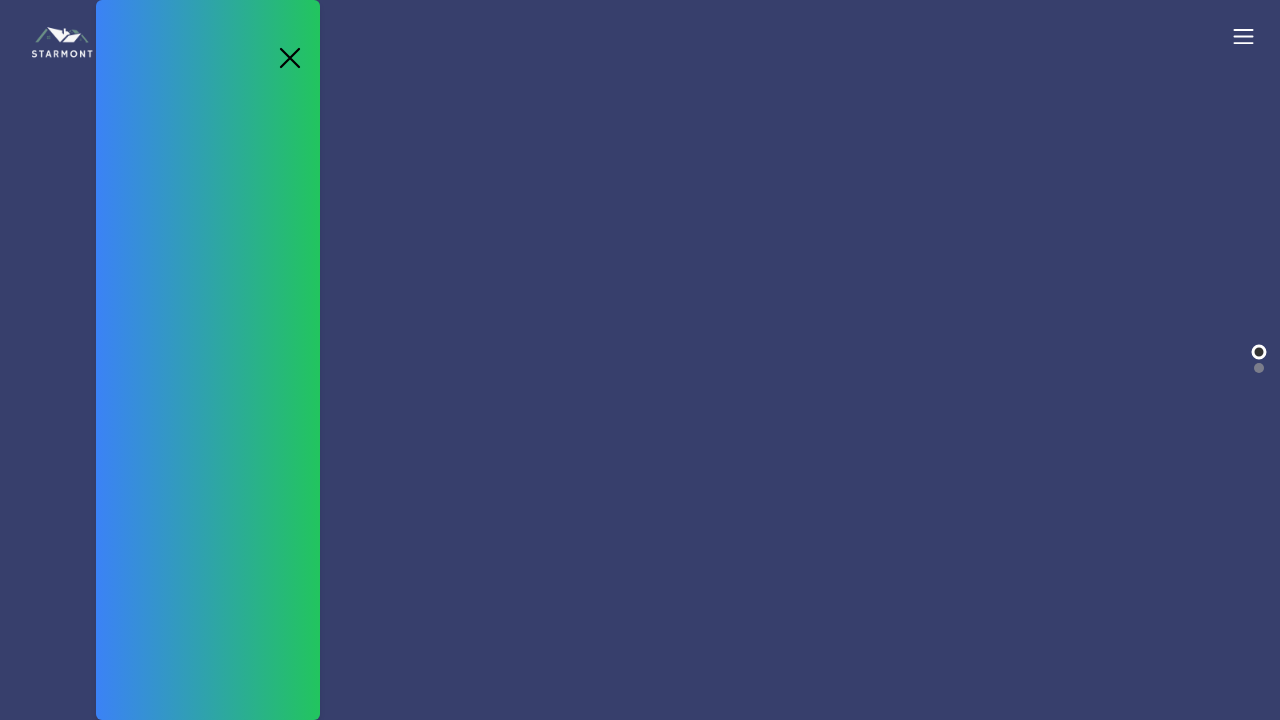
Repository: Mikolaj982/Starmont-website
Page: /, after clicking the first element matching `svg.h-\[25px\]`
An editor plug-in stored every save of this project. The page is shown before and after the next save, followed by the edit.
The browser window is 1280 px wide. The pictures show the whole page.
The project was rebuilt for these pictures with package versions that can differ from the ones it lists, and the page was loaded fresh each time. The framework's server and built-in components were replaced by stand-ins that run in the browser. Also part of the build but not shown: next.config.js.

Above is the page before, as saved 2024-01-08 10:54:15.

After the next save:
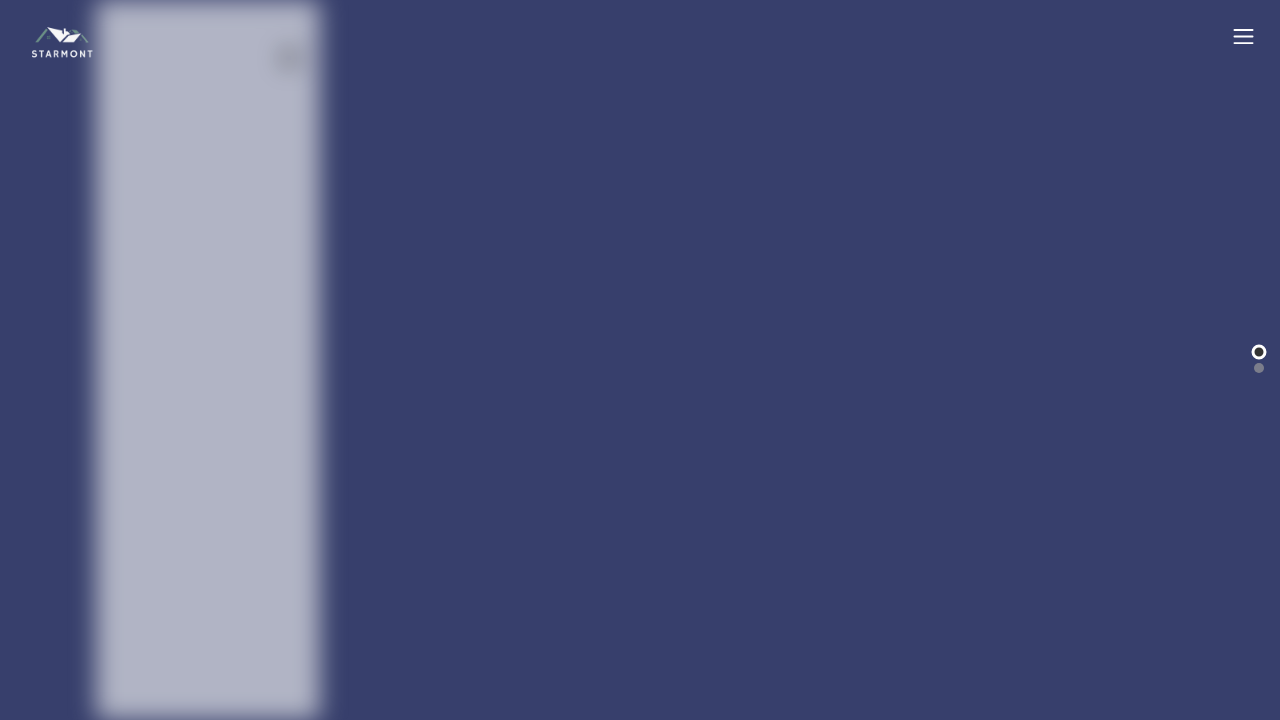
Saved 105 s later.
--- a/src/app/components/RightSidebar.tsx
+++ b/src/app/components/RightSidebar.tsx
@@ -10,7 +10,7 @@
 const RightSidebar: React.FC<RightSidebarProps> = ({ setIsOpen, isOpen }) => {
 
     return (
-        <div className={`bg-gradient-to-r from-blue-500 to-green-500 bg-opacity-50 p-8 rounded-md shadow-md w-56 h-[100vh] pb-16 fixed z-20 transform transition-transform duration-1000 ease-in-out ${isOpen ? 'translate-x-24' : 'translate-x-[333px]'}`}>
+        <div className={`bg-gray-200 bg-opacity-70 p-8 rounded-md shadow-md blur-md w-56 h-[100vh] pb-16 fixed z-20 transform transition-transform duration-1000 ease-in-out ${isOpen ? 'translate-x-24' : 'translate-x-[333px]'}`}>
 
             <XMarkIcon onClick={() => setIsOpen(false)} className='z-20 absolute right-0 mt-2 mr-3 h-9' />
         </div>
